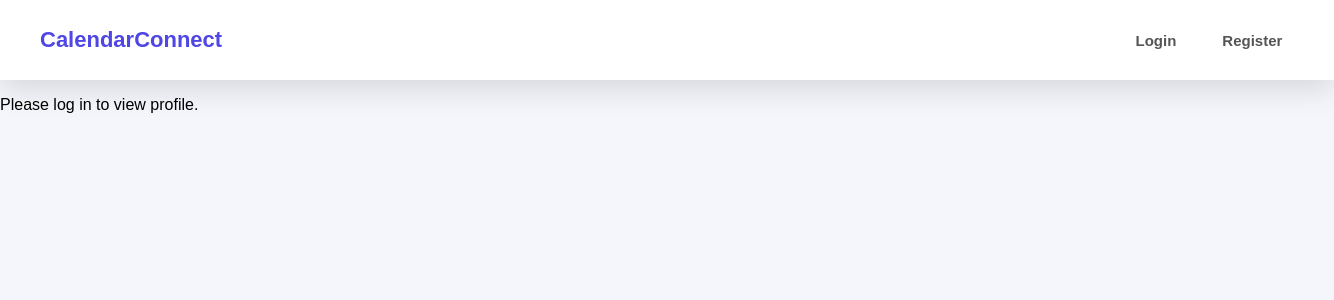
Repository: BMXracer44/CalendarConnect
Page: /profile (app in frontend/)
The author's editor kept a copy of each file at every save. The page is drawn from the files as they stood at one save, then again after the next save.
The browser window is 1280 px wide. The page is 1334 px wide, so the pictures cover 1334 px, including what lies to the right of the window. The pictures show the whole page.
The project was rebuilt for these pictures with package versions that can differ from the ones it lists, and the page was loaded fresh each time. Also part of the build but not shown: frontend/src/pages/Login.jsx, frontend/src/pages/Register.jsx, frontend/src/pages/Calendar.jsx, frontend/src/pages/Friends.jsx.

Above is the page before, as saved 2026-04-29 14:55:26.

After the next save:
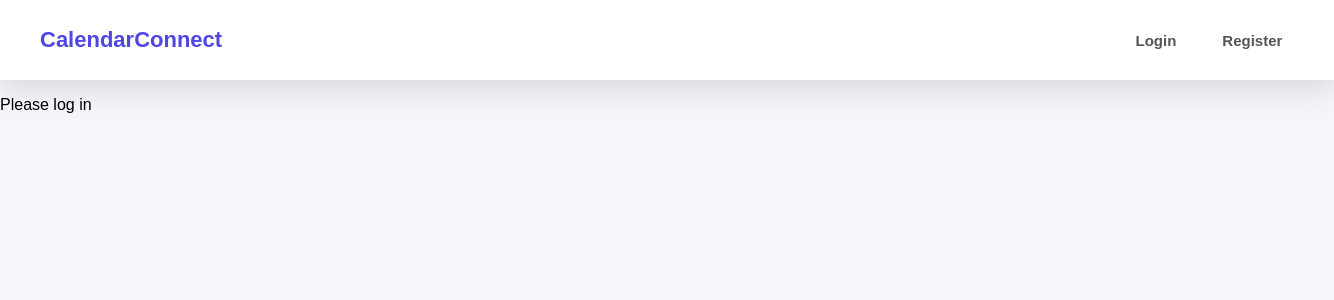
Saved 8 min 5 s later.
--- a/frontend/src/pages/Profile.jsx
+++ b/frontend/src/pages/Profile.jsx
@@ -33,28 +33,21 @@ const Profile = () => {
           }
         );
 
-        if (!res.ok) {
-          console.error("Profile fetch failed:", res.status);
-          return;
-        }
-
         const data = await res.json();
-
-        console.log("PROFILE DATA:", data);
 
         setFormData({
           username: data.username || "",
           email: data.email || "",
-          firstName: data.first_name || data.firstName || "",
-          lastName: data.last_name || data.lastName || "",
+          firstName: data.first_name || "",
+          lastName: data.last_name || "",
           birthdate: data.birthdate || "",
-          phoneNumber: data.phone_number || data.phoneNumber || "",
+          phoneNumber: data.phone_number || "",
           bio: data.bio || "",
-          profilePictureUrl: data.profile_picture_url || data.profilePictureUrl || ""
+          profilePictureUrl: data.profile_picture_url || ""
         });
 
       } catch (err) {
-        console.error("Error loading profile:", err);
+        console.error(err);
       }
     };
 
@@ -69,25 +62,26 @@ const Profile = () => {
     });
   };
 
-  // ================= HANDLE IMAGE =================
+  // ================= IMAGE FIX (BASE64) =================
   const handleFileChange = (e) => {
     const file = e.target.files[0];
     if (!file) return;
 
-    const imageUrl = URL.createObjectURL(file);
+    const reader = new FileReader();
 
-    setFormData((prev) => ({
-      ...prev,
-      profilePictureUrl: imageUrl
-    }));
+    reader.onloadend = () => {
+      setFormData((prev) => ({
+        ...prev,
+        profilePictureUrl: reader.result
+      }));
+    };
+
+    reader.readAsDataURL(file);
   };
 
   // ================= UPDATE PROFILE =================
   const handleUpdate = async (e) => {
     e.preventDefault();
-
-    setError("");
-    setSuccess("");
 
     try {
       const res = await fetch(
@@ -111,12 +105,10 @@ const Profile = () => {
         }
       );
 
-      const data = await res.json();
-
       if (res.ok) {
-        setSuccess("Profile updated successfully!");
+        setSuccess("Profile updated!");
       } else {
-        setError(data.message || "Update failed");
+        setError("Update failed");
       }
 
     } catch (err) {
@@ -124,96 +116,48 @@ const Profile = () => {
     }
   };
 
-  if (!user) return <p>Please log in to view profile.</p>;
+  if (!user) return <p>Please log in</p>;
 
   return (
     <div className="profile-container">
-      <div className="profile-card">
 
-        {/* ================= LEFT SIDE ================= */}
-        <div className="profile-left">
-          <h2>{formData.username}</h2>
+      <div className="profile-left">
+        <h2>{formData.username}</h2>
 
-          {formData.profilePictureUrl && (
-            <img
-              src={formData.profilePictureUrl}
-              alt="Profile"
-              style={{ width: "120px", borderRadius: "50%" }}
-            />
-          )}
+        {formData.profilePictureUrl && (
+          <img
+            src={formData.profilePictureUrl}
+            alt="profile"
+            style={{ width: "120px", borderRadius: "50%" }}
+          />
+        )}
+      </div>
 
-          <p><strong>Email:</strong> {formData.email}</p>
-          <p><strong>First Name:</strong> {formData.firstName}</p>
-          <p><strong>Last Name:</strong> {formData.lastName}</p>
-          <p><strong>Birthdate:</strong> {formData.birthdate}</p>
-          <p><strong>Phone:</strong> {formData.phoneNumber}</p>
-          <p><strong>Bio:</strong> {formData.bio}</p>
-        </div>
+      <div className="profile-right">
+        <h3>Update Profile</h3>
 
-        {/* ================= RIGHT SIDE ================= */}
-        <div className="profile-right">
-          <h3>Update Profile</h3>
+        <form onSubmit={handleUpdate}>
 
-          {error && <p style={{ color: "red" }}>{error}</p>}
-          {success && <p style={{ color: "green" }}>{success}</p>}
+          <input name="username" value={formData.username} onChange={handleChange} />
+          <input name="email" value={formData.email} onChange={handleChange} />
+          <input name="firstName" value={formData.firstName} onChange={handleChange} />
+          <input name="lastName" value={formData.lastName} onChange={handleChange} />
 
-          <form onSubmit={handleUpdate}>
+          <input type="date" name="birthdate" value={formData.birthdate} onChange={handleChange} />
 
-            <input
-              name="username"
-              value={formData.username}
-              onChange={handleChange}
-            />
+          <input name="phoneNumber" value={formData.phoneNumber} onChange={handleChange} />
+          <input name="bio" value={formData.bio} onChange={handleChange} />
 
-            <input
-              name="email"
-              value={formData.email}
-              onChange={handleChange}
-            />
+          <input type="file" accept="image/*" onChange={handleFileChange} />
 
-            <input
-              name="firstName"
-              value={formData.firstName}
-              onChange={handleChange}
-            />
+          <button type="submit">Update</button>
 
-            <input
-              name="lastName"
-              value={formData.lastName}
-              onChange={handleChange}
-            />
+        </form>
 
-            <input
-              type="date"
-              name="birthdate"
-              value={formData.birthdate}
-              onChange={handleChange}
-            />
+        {error && <p style={{ color: "red" }}>{error}</p>}
+        {success && <p style={{ color: "green" }}>{success}</p>}
+      </div>
 
-            <input
-              name="phoneNumber"
-              value={formData.phoneNumber}
-              onChange={handleChange}
-            />
-
-            <input
-              name="bio"
-              value={formData.bio}
-              onChange={handleChange}
-            />
-
-            <input
-              type="file"
-              accept="image/*"
-              onChange={handleFileChange}
-            />
-
-            <button type="submit">Update Profile</button>
-
-          </form>
-        </div>
-
-      </div>
     </div>
   );
 };
